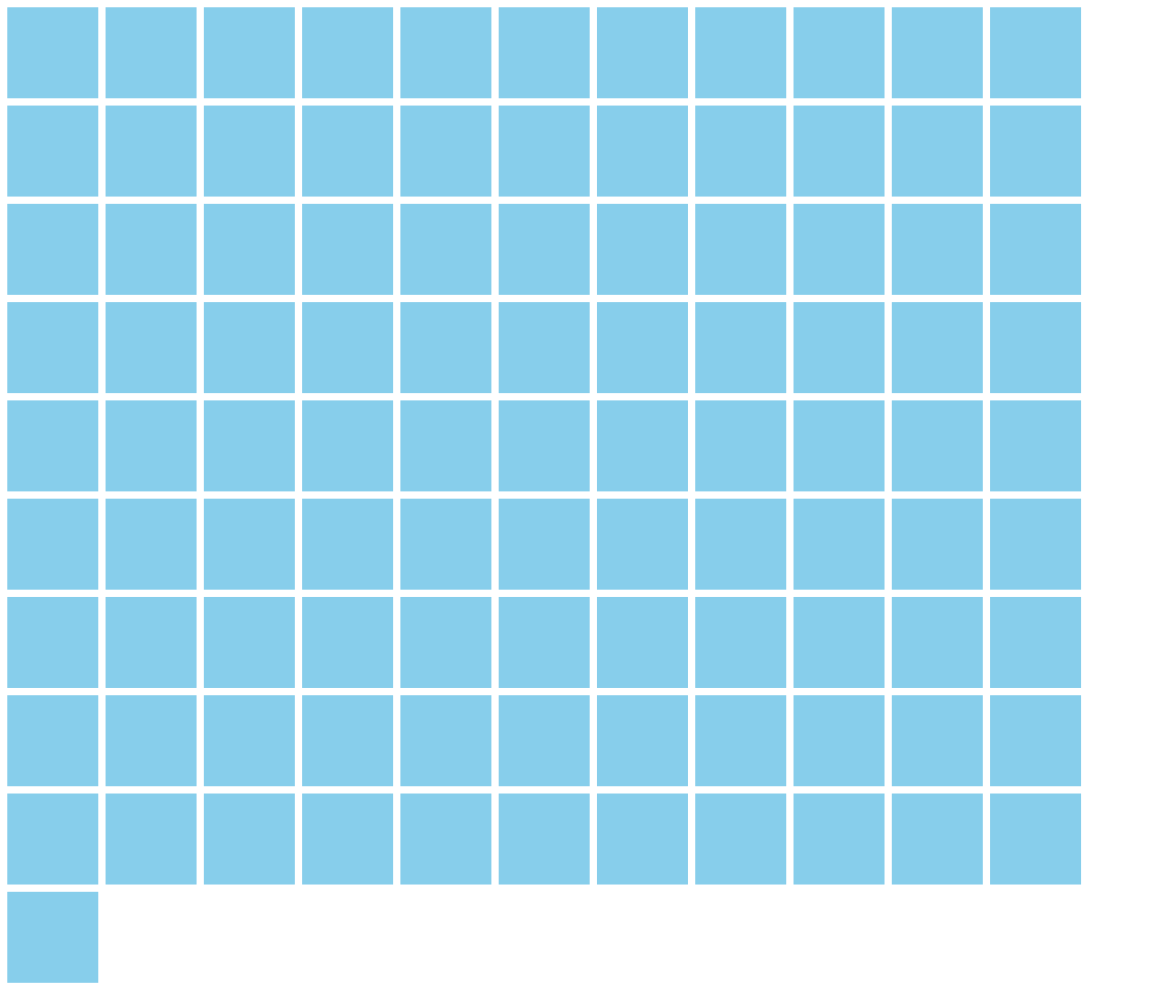
Repository: kojimayu/First-time-JavaScript
Page: index.html
These files come from the project's save history. The page is drawn as it stood at one moment and after the next save; the edit follows.
The browser window is 1280 px wide. The pictures show the whole page, at 91% of full size.

Above is the page before, as saved 2019-04-02 18:51:18.

After the next save:
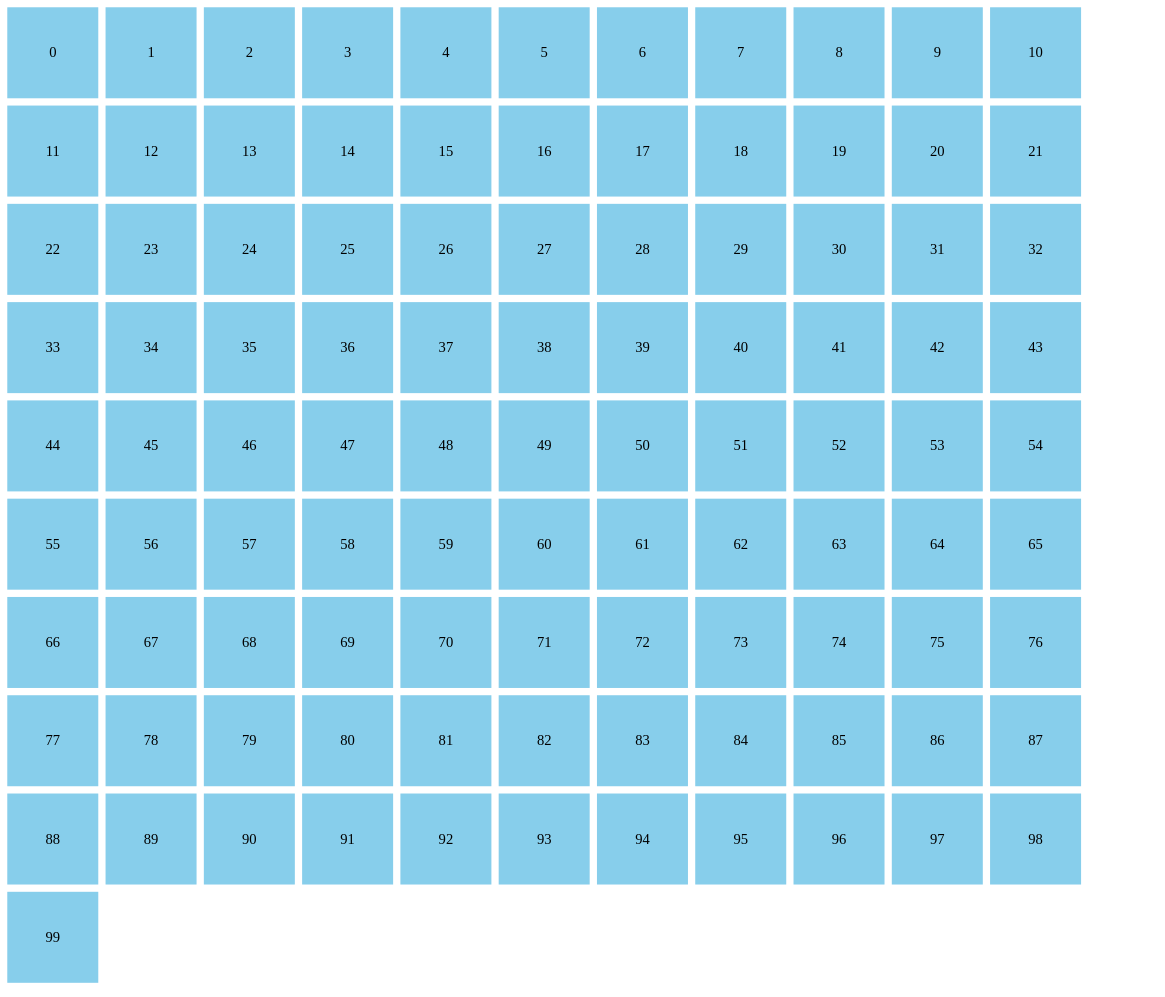
Saved 90 s later.
--- a/index.html
+++ b/index.html
@@ -17,6 +17,8 @@
             cursor: pointer;
             transition: 0.8s;
             margin: 0 8px 8px 0;
+            text-align: center;
+            line-height: 100px;
         }
 
         .circle {
@@ -37,6 +39,7 @@
 
             const div = document.createElement('div');
             div.classList.add('box')
+            div.textContent = i;
             div.addEventListener('click', function () {
                 div.classList.toggle('circle');
             });
